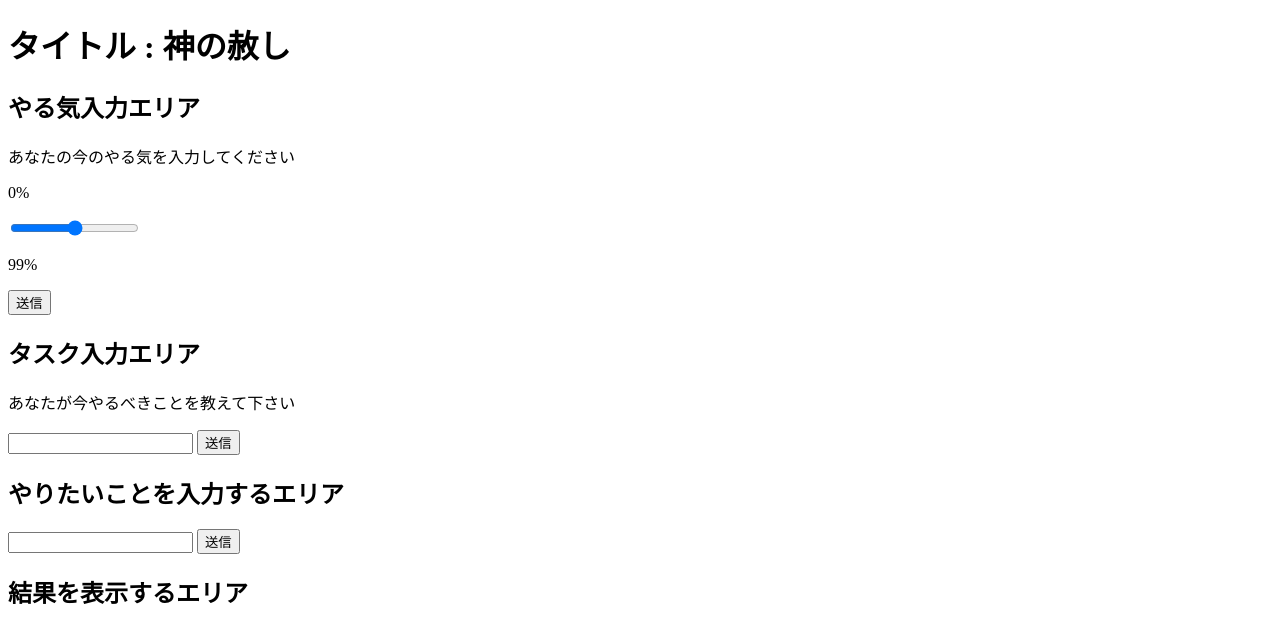
Repository: masa0306/god_forgiveness
Page: index.html
These files come from the project's save history. The page is drawn as it stood at one moment and after a run of saves; the edit follows.
The browser window is 1280 px wide. The pictures show the whole page.

Above is the page before, as saved 2024-05-14 23:19:47.

After the next 2 saves:
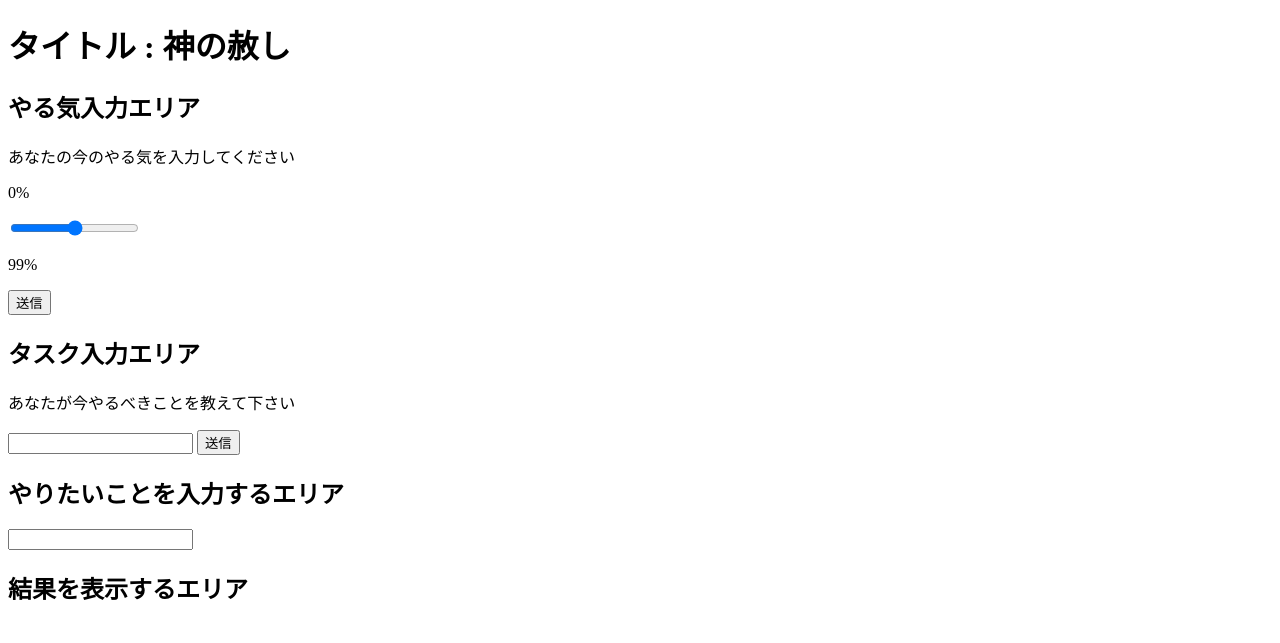
The 2 saves are shown as one change because they came seconds apart.
The last was saved 8 s later.
--- a/index.html
+++ b/index.html
@@ -26,8 +26,8 @@
 
     <div>
         <h2>やりたいことを入力するエリア</h2>
-        <input type="text" name="toDo"id="want1">
-        <button id="sendToDo">送信</button>
+        <input type="text" name="want1"id="want1">
+
     </div>
 
     <div>
